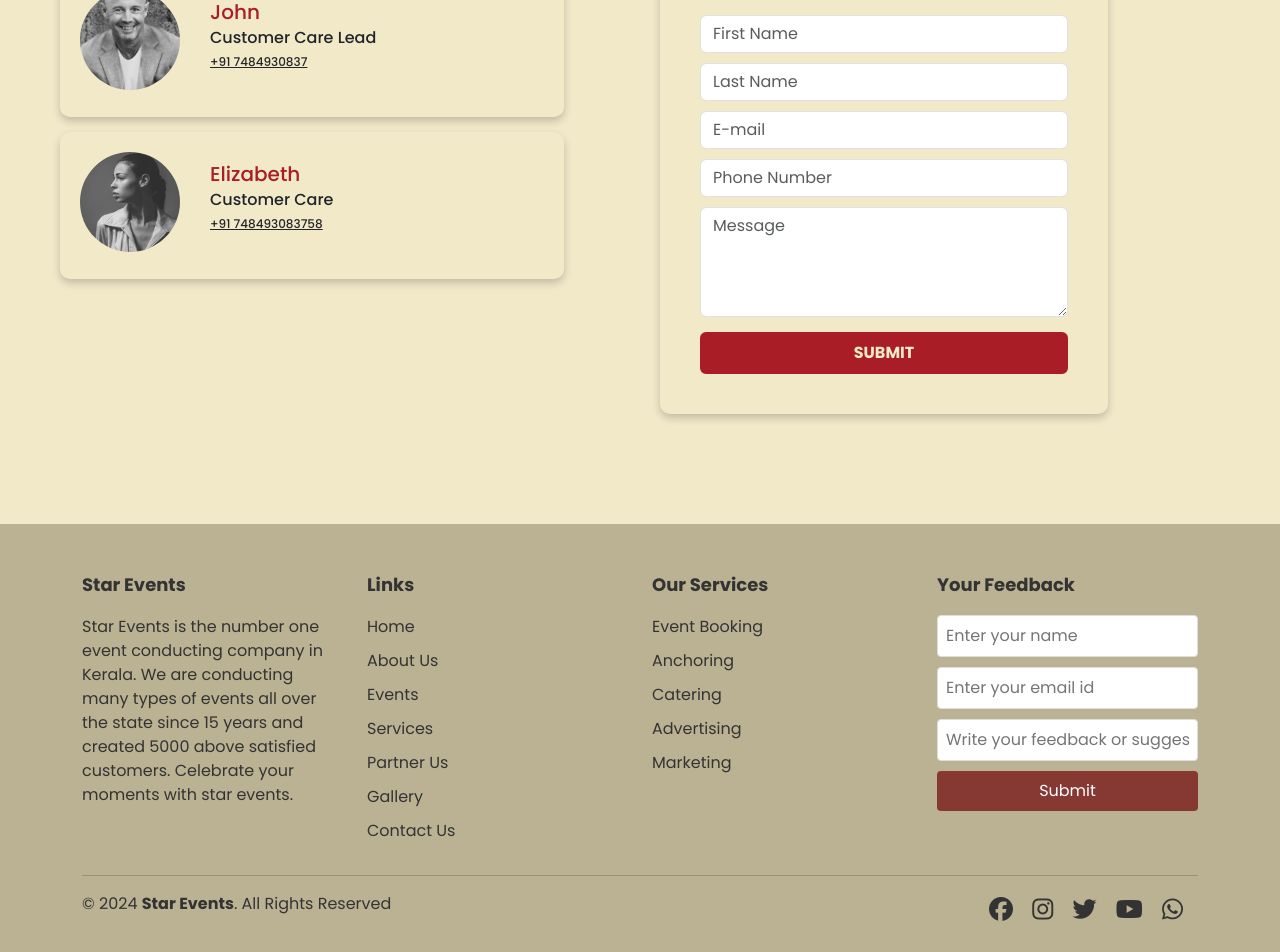
Repository: SharonSebastian32/Event-Management-System-
Page: index.html
These files come from the project's save history. The page is drawn as it stood at one moment and after the next save; the edit follows.
The browser window is 1280 px wide. The pictures show the part of the page from y = 4477 to 5429 px (the page is 5429 px tall).
A picture or video elsewhere on the page could not be fetched, so the positions and the page height are approximate. Some web libraries are served in a nearby version.

Above is the page before, as saved 2024-09-06 12:42:08.
Not found: assets/css/ContactUs.css

### index.html
<!DOCTYPE html>
<html lang="en">
  <head>
    <meta charset="UTF-8" />
    <meta name="viewport" content="width=device-width, initial-scale=1.0" />
    <link rel="icon" type="image/x-icon" href="./Assets/images/aa.png" />
    <title>Star Events</title>
    <link
      rel="stylesheet"
      href="https://cdnjs.cloudflare.com/ajax/libs/font-awesome/5.15.4/css/all.min.css"
    />
    <link rel="stylesheet" href="./Css/Styles.css" />

    <!-- conatct us  style -->
    <link rel="stylesheet" href="/assets/css/ContactUs.css" />
    <link
      href="https://cdn.jsdelivr.net/npm/bootstrap@5.3.0/dist/css/bootstrap.min.css"
      rel="stylesheet"
    />

    <!-- footer link  style   -->
    <link
      rel="stylesheet"
      href="https://cdnjs.cloudflare.com/ajax/libs/font-awesome/6.6.0/css/all.min.css"
      integrity="sha512-Kc323vGBEqzTmouAECnVceyQqyqdsSiqLQISBL29aUW4U/M7pSPA/gEUZQqv1cwx4OnYxTxve5UMg5GT6L4JJg=="
      crossorigin="anonymous"
      referrerpolicy="no-referrer"
    />
  </head>
  <body>
    <!-- hero section start -->
    <nav>
      <div class="nav-container">
        <div class="logo">
          <a href="#home">
            <img src="./Assets/images/aa.png" alt="Event Management Logo" />
          </a>
        </div>
        <ul class="nav-links">
          <li><a href="#home">HOME</a></li>
          <li><a href="#about">ABOUT US</a></li>
          <li><a href="#events-sect">EVENTS</a></li>
          <li><a href="#services">SERVICES</a></li>
          <li><a href="#partners us">PARTNERS US</a></li>
          <li><a href="#gallery">GALLERY</a></li>
          <li><a href="#contact-us">CONTACT US</a></li>
        </ul>
        <div class="sign-in">
          <a href="#login">SIGN IN</a>
        </div>
      </div>
    </nav>

    <!-- Section for Event Management Video -->
    <section class="video-section">
      <video autoplay muted loop>
        <source src="./Assets/videos/aa.mp4" type="video/mp4" />
        Your browser does not support the video tag.
      </video>
    </section>

    <!-- hero section end -->

    <!-- about us section  start-->
    <section id="about" class="about-us-section">
      <div class="about-container">
        <div class="about-text">
          <h2>ABOUT US</h2>
          <p>
            We are a leading event management company specializing in creating
            unforgettable experiences for our clients. With a team of passionate
            professionals, we bring ideas to life and turn your vision into
            reality.
          </p>
          <p>
            Whether it’s a corporate event, wedding, or private celebration, our
            attention to detail and personalized approach ensures that every
            event is a success.
          </p>
        </div>
        <div class="about-image">
          <img src="./Assets/images/about-us.jpg" alt="About Us" />
        </div>
      </div>
    </section>
    <!-- about us section  ends-->

    <!-- events section start -->

    <section id="events-sect" style="background-color: #f2e9c9">
      <center>
        <h1
          style="font-size: 45px; color: #a91d26; padding-top: 10px"
          data-aos="zoom-in"
        >
          EVENTS
        </h1>
        <form class="search-form" data-aos="flip-down">
          <input
            type="text"
            name="search"
            id="search"
            placeholder="Search events by name, category, price"
            data-aos="flip-down"
          />
          <button type="submit">Search</button>
        </form>
      </center>
      <div class="event-container" id="event-container">
        <!-- Event cards will be injected here by JavaScript -->
      </div>
      <div id="event-modal" class="modal" data-aos="fade-in">
        <div class="modal-content">
          <span class="close">&times;</span>
          <h2>Event Details</h2>
          <p id="event-description">Details will be displayed here.</p>
          <br />
          <a
            href="https://sharonsebastian32.github.io/razorpaypaymentgateway_implementation/"
            target="_blank"
          >
            <button class="view-details-btn">Register Now</button>
          </a>
        </div>
      </div>
    </section>

    <!-- events section end -->

    <!-- conatct us section -->
    <div class="container-fluid contact_us" id="contact-us">
      <h2>CONTACT-US</h2>
      <h6>Our team of customer care is ready to hear from you.</h6>

      <div class="row main_section">
        <div class="col-md-6 section1">
          <h3>Customer Care</h3>
          <p>
            Not sure where to start? Need help adding that extra mojo to your
            landing page? Just visit our
            <span>hepl center</span> or get in touch with us:
          </p>
          <div class="customer_care">
            <div class="customer_care_profile">
              <div class="profile_img">
                <img src="./Assets/images/men.jpg" alt="customer_care" />
              </div>
              <div class="profile_details">
                <h5>John</h5>
                <h6>Customer Care Lead</h6>
                <p>+91 7484930837</p>
              </div>
            </div>
            <div class="customer_care_profile">
              <div class="profile_img">
                <img src="./Assets/images/women.jpg" alt="customer_care" />
              </div>
              <div class="profile_details">
                <h5>Elizabeth</h5>
                <h6>Customer Care</h6>
                <p>+91 748493083758</p>
              </div>
            </div>
          </div>
        </div>
        <div class="col-md-6 section2">
          <h3>Reach out of us!</h3>
          <p>
            Got a question about us? Are you intereseted in partnering with us?
            Have some suggestions or just want to say Hi? Contact Us:
          </p>
          <form action="">
            <input
              class="form-control"
              type="text"
              name="first_name"
              placeholder="First Name"
              required
            />
            <input
              class="form-control"
              type="text"
              name="last_name"
              placeholder="Last Name"
              required
            />
            <input
              class="form-control"
              type="email"
              name="email"
              placeholder="E-mail"
              required
            />
            <input
              class="form-control"
              type="tel"
              name="phone"
              placeholder="Phone Number"
              required
            />
            <textarea
              class="form-control"
              name="message"
              id=""
              rows="4"
              placeholder="Message"
            ></textarea>
            <button class="btn">SUBMIT</button>
          </form>
        </div>
      </div>
    </div>
    <!-- contact us section -->

    <!-- footer section start -->
    <footer>
      <div class="container">
        <div class="row">
          <div class="col-md-3 footer-col">
            <h4>Star Events</h4>
            <p>
              Star Events is the number one event conducting company in Kerala.
              We are conducting many types of events all over the state since 15
              years and created 5000 above satisfied customers. Celebrate your
              moments with star events.
            </p>
          </div>

          <div class="col-md-3 footer-col">
            <h4>Links</h4>
            <ul>
              <li><a href="">Home</a></li>
              <li><a href="">About Us</a></li>
              <li><a href="">Events</a></li>
              <li><a href="">Services</a></li>
              <li><a href="">Partner Us</a></li>
              <li><a href="">Gallery</a></li>
              <li><a href="">Contact Us</a></li>
            </ul>
          </div>

          <div class="col-md-3 footer-col">
            <h4>Our Services</h4>
            <ul>
              <li>Event Booking</li>
              <li>Anchoring</li>
              <li>Catering</li>
              <li>Advertising</li>
              <li>Marketing</li>
            </ul>
          </div>

          <div class="col-md-3 footer-col">
            <h4>Your Feedback</h4>
            <form action="">
              <input
                type="text"
                placeholder="Enter your name"
                class="inputname"
              />
              <input
                type="email"
                placeholder="Enter your email id"
                class="inputemail"
              />
              <input
                type="text"
                placeholder="Write your feedback or suggestions"
                class="inputfs"
              />
              <input type="submit" value="Submit" class="inputSubmit" />
            </form>
          </div>
        </div>
        <hr />
        <div class="row">
          <div class="col-md-6">
            <p>&#169; 2024 <b>Star Events</b>. All Rights Reserved</p>
          </div>

          <div class="col-md-6 text-md-end socialIcons">
            <a href=""><i class="fab fa-facebook"></i></a>
            <a href=""><i class="fab fa-instagram"></i></a>
            <a href=""><i class="fab fa-twitter"></i></a>
            <a href=""><i class="fab fa-youtube"></i></a>
            <a href=""><i class="fab fa-whatsapp"></i></a>
          </div>
        </div>
      </div>
    </footer>
    <!-- footer setcion section end -->

    <script src="./Js/Scripts.js"></script>
    <script src="https://cdn.jsdelivr.net/npm/bootstrap@5.3.0/dist/js/bootstrap.bundle.min.js"></script>
  </body>
</html>

### Css/Styles.css
 @import url('https://fonts.googleapis.com/css2?family=Poppins:ital,wght@0,100;0,200;0,300;0,400;0,500;0,600;0,700;0,800;0,900;1,100;1,200;1,300;1,400;1,500;1,600;1,700;1,800;1,900&display=swap');

:root {
    --main-color: #d3ad7f;
    --black: #13131a;
    --bg: #010103;
    --border: .1rem solid rgba(255, 255, 255, .3);
}


body {
    margin: 0;
font-family: "Poppins"; }

nav {
    background-color: #f2e9c9;
    padding: 10px 20px;
}

.nav-container {
    display: flex;
    justify-content: space-between;
    align-items: center;
}

.logo img {
    height: 80px;
}

.nav-links {
    list-style-type: none;
    display: flex;
    margin: 0;
    padding: 0;
}

.nav-links li {
    margin: 0 20px;
}

.nav-links li a {
    color: #a91d26;
    text-decoration: none;
    font-weight: bold;
}

.nav-links li a:hover {
    color: #FFD700;
    /* Golden color */
}

.sign-in a {
    background-color: #FFD700;
    color: maroon;
    padding: 10px 20px;
    border-radius: 5px;
    text-decoration: none;
    font-weight: bold;
}

.sign-in a:hover {
    background-color: #FFA500;
    /* Darker golden shade */
    color: #233244;
}

/* Styling for Video Section */
.video-section {
    width: 100%;
    height: 100vh;
    /* Full viewport height */
    overflow: hidden;
    position: relative;
}

.video-section video {
    position: absolute;
    top: 0;
    left: 0;
    width: 100%;
    height: 100%;
    object-fit: cover;
    /* Ensures the video covers the entire container */
}





/* event css start */


 * {
     margin: 0;
     padding: 0;
     box-sizing: border-box;
     font-family: "Poppins";
 }


 body {
      background-color: rgb(255, 255, 220);
 }

 .event-container {
     display: flex;
     flex-direction: column;
     align-items: center;
     padding: 20px;
     width: 70%;

 }

 .event-card {
     display: flex;
     background-color: #ffffff;
     box-shadow: 0 4px 8px hwb(0 51% 46% / 0.926);
     border-radius: 10px;
     overflow: hidden;
     margin-bottom: 20px;
     width: 80%;
     max-width: 800px;
 }

 .event-card img {
     margin: 20px;
     width: 260px;
     height: 200px;
     object-fit: cover;
 }

 .event-details {
     padding: 20px;
     display: flex;
     flex-direction: column;
     justify-content: space-between;
 }

 .event-details h2 {
     font-size: 1.5em;
     margin-bottom: 10px;
 }

 .event-details p {
     margin-bottom: 8px;
     font-size: 0.95em;
 }

 .event-details a {
     color: #007BFF;
     text-decoration: none;
 }

 .event-details a:hover {
     text-decoration: underline;
 }

 .price,
 .date,
 .location {
     font-weight: bold;
 }

 .social-links a {
     margin-right: 10px;
     color: #555;
 }

 .social-links a:hover {
     color: #007BFF;
 }


 .search-form {
     display: flex;
     justify-content: center;
     align-items: center;
     margin: 20px 0;
 }

 .search-form input[type="text"] {
     padding: 10px;
     font-size: 16px;
     border: 2px solid #ccc;
     border-radius: 30px 0 0 30px;
     outline: none;
     width: 300px;
     transition: all 0.3s ease;
 }

 .search-form input[type="text"]:focus {
     border-color: #a91d26;
 }

 .search-form button {
     padding: 10px 20px;
     background-color: #a91d26;
     color: white;
     border: none;
     border-radius: 0 30px 30px 0;
     cursor: pointer;
     font-size: 16px;
     transition: background-color 0.3s ease;
 }

 .search-form button:hover {
     background-color: #480606;
 }

 .search-form button:focus {
     outline: none;
 }

 .view-details-btn {
     background-color: red;
     /* Red background */
     color: white;
     /* White text */
     padding: 5px 10px;
     /* Smaller padding */
     border: none;
     /* No border */
     cursor: pointer;
     /* Pointer on hover */
     font-size: 14px;
     /* Smaller font size */
     border-radius: 3px;
     /* Slightly rounded corners */
     margin-top: 10px;
     /* Margin at the top */
     transition: background-color 0.3s ease;
     /* Smooth hover transition */
 }

 .view-details-btn:hover {
     background-color: darkred;
     /* Darker red on hover */
 }



 /* The Modal (background) */
 .modal {
     display: none;
     /* Hidden by default */
     position: fixed;
     /* Stay in place */
     z-index: 1;
     /* Sit on top */
     left: 0;
     top: 0;
     width: 100%;
     /* Full width */
     height: 100%;
     /* Full height */
     background-color: rgba(0, 0, 0, 0.5);
     /* Black background with opacity */
 }

 /* Modal Content */
 .modal-content {
     background-color: white;
     margin: 10% auto;
     padding: 20px;
     border: 1px solid #888;
     width: 1000px;
     height: 400px;
     position: relative;
     box-shadow: 0 4px 8px rgba(0, 0, 0, 0.2);
 }

 /* Close Button */
 .close {
     color: #aaa;
     float: right;
     font-size: 28px;
     font-weight: bold;
     cursor: pointer;
 }

 .close:hover,
 .close:focus {
     color: black;
     text-decoration: none;
     cursor: pointer;
 }

/* event css end */



/* contact css start */
@import url('https://fonts.googleapis.com/css2?family=SUSE:wght@100..800&display=swap');

:root {
    --primary-color: #f2e9c9;
    --secondary-color: #233244;
    --ternay-color: #a91d26;
    --primary-font: "SUSE", sans-serif;
}

body {
    margin: 0;
    padding: 0;
    box-sizing: border-box;
    font-family: var(--primary-font);
}

.contact_us {
    background-color: var(--primary-color);
    min-height: 100vh;
    padding: 40px !important;
}

.contact_us>h2 {
    text-align: center;
    color: var(--ternay-color);
    font-weight: 700;
    letter-spacing: 3px;

}

.contact_us>h6 {
    text-align: center;
    color: var(--secondary-color);

}

.contact_us>.main_section {
    margin: 30px 0px;
    padding: 30px 0px;
}

.main_section>.section1 {
    padding: 10px 20px;
}

.main_section>.section1>h3 {
    color: var(--ternay-color);
    font-weight: 700;
}

.main_section>.section1>p {
    color: var(--secondary-color);
    font-weight: 400;
    font-size: 14px;
    max-width: 90%;
    margin-bottom: 30px;
}

.customer_care>.customer_care_profile {
    display: flex;
    padding: 20px;
    border-radius: 10px;
    margin: 15px 0px;
    max-width: 90%;
    box-shadow: 0px 4px 8px rgba(0, 0, 0, 0.2);
    cursor: pointer;
}

.customer_care>.customer_care_profile>.profile_img {
    margin-right: 30px;
    border-radius: 50%;
    width: 100px;
    height: 100px;
    overflow: hidden;

}

.customer_care>.customer_care_profile>.profile_img>img {
    object-fit: cover;
    width: 100%;
    height: 100%;
    filter: grayscale();
}

.customer_care>.customer_care_profile>.profile_details {
    margin: 10px 0px;
}

.customer_care>.customer_care_profile>.profile_details>h5 {
    color: var(--ternay-color);
    font-size: 20px;
    font-weight: 500;
    margin-bottom: 4px;
}

.customer_care>.customer_care_profile>.profile_details>h6 {
    margin-bottom: 6px;
    font-size: 16px;
}

.customer_care>.customer_care_profile>.profile_details>p {
    font-size: 12px;
    font-weight: 500;
    text-decoration: underline;

}

.main_section>.section2 {
    padding: 10px 20px;
}

.main_section>.section2>h3 {
    color: var(--ternay-color);
    font-weight: 700;
}

.main_section>.section2>p {
    color: var(--secondary-color);
    font-weight: 400;
    font-size: 14px;
    max-width: 90%;
    margin-bottom: 30px;
}

.main_section>.section2>form {
    display: flex;
    flex-direction: column;
    max-width: 80%;
    box-shadow: 0px 4px 8px rgba(0, 0, 0, 0.2);
    padding: 40px;
    border-radius: 10px;
}

.main_section>.section2>form>input {
    margin: 5px 0px;

}

.main_section>.section2>form>textarea {
    margin: 5px 0px;

}

.main_section>.section2>form>button {
    background-color: var(--ternay-color);
    color: var(--primary-color);
    margin-top: 10px;
    border: 2px solid var(--ternay-color);
    font-weight: bold;
    padding: 7px;
    transition: 0.4s ease-in-out;

}

.main_section>.section2>form>button:hover {
    background-color: var(--primary-color);
    color: var(--ternay-color);
}
 /* contact css end */




   /* About Us Section Styling */
   .about-us-section {
       display: flex;
       align-items: center;
       justify-content: center;
       padding: 50px 20px;
       background-color: #efefef;
   }

   .about-container {
       display: flex;
       flex-direction: row;
       align-items: center;
       justify-content: space-between;
       max-width: 1200px;
       width: 100%;
   }

   .about-text {
       flex: 1;
       margin-right: 20px;
       max-width: 600px;
       /* Limits the width of the text block */
   }

   .about-text h2 {
       font-size: 2.5rem;
       color: #333;
   }

   .about-text p {
       font-size: 1.1rem;
       color: #555;
       line-height: 1.6;
       text-align: justify;
       /* Makes the paragraph text aligned in a block */
       margin-bottom: 20px;
       /* Consistent space between paragraphs */
   }

   .about-image {
       flex: 1;
       text-align: right;
   }

   .about-image img {
       max-width: 100%;
       height: auto;
       border-radius: 10px;
   }




   /* footer section */
           footer {
               background-color: #bbb293;
               padding: 50px 0 20px;
               color: #333;
           }

           .footer-col h4 {
               font-size: 18px;
               font-weight: bold;
               margin-bottom: 20px;
           }

           .footer-col ul {
               list-style-type: none;
               padding-left: 0;
           }

           .footer-col ul li {
               margin-bottom: 10px;
           }

           .footer-col ul li a {
               color: #333;
               text-decoration: none;
           }

           .footer-col ul li a:hover {
               color: #007bff;
           }

           .footer-col input {
               width: 100%;
               margin-bottom: 10px;
               padding: 8px;
               border: 1px solid #ddd;
               border-radius: 4px;
           }

           .footer-col .inputSubmit {
               background-color: #71070cb4;
               color: white;
               border: none;
               cursor: pointer;
           }

           .footer-col .inputSubmit:hover {
               background-color: #0056b3;
           }

           hr {
               margin: 30px 0;
           }

           .socialIcons a {
               color: #333;
               font-size: 24px;
               margin-right: 15px;
           }

           .socialIcons a:hover {
               color: #007bff;
           }

           @media (max-width: 767px) {
               .footer-col {
                   margin-bottom: 30px;
               }
           }

### Js/Scripts.js
document.addEventListener("DOMContentLoaded", () => {
  fetch("../json/events.json")
    .then((response) => response.json())
    .then((data) => renderEvents(data))
    .catch((error) => console.error("Error loading events:", error));

  const modal = document.getElementById("event-modal");
  const closeBtn = document.querySelector(".close");

  closeBtn.onclick = function () {
    modal.style.display = "none";
  };

  window.onclick = function (event) {
    if (event.target === modal) {
      modal.style.display = "none";
    }
  };
});

function renderEvents(events) {
  const eventContainer = document.getElementById("event-container");
  events.forEach((event) => {
    const eventCard = document.createElement("div");
    eventCard.classList.add("event-card");

    eventCard.innerHTML = `
      <img src="${event.thumbnail}" alt="${event.eventName}">
      <div class="event-details">
        <h2>${event.eventName}</h2>
        <p class="date"><strong>Date:</strong> ${new Date(
          event.date
        ).toLocaleDateString()}</p>
        <p class="time"><strong>Time:</strong> ${new Date(
          event.startTime
        ).toLocaleTimeString()} - ${new Date(
      event.endTime
    ).toLocaleTimeString()}</p>
        <p class="location"><strong>Location:</strong> ${
          event.location.venueName
        }, ${event.location.city}, ${event.location.state}, ${
      event.location.country
    }</p>
        <p class="price"><strong>Price:</strong> ₹${event.price.basePrice}</p>
        <button class="view-details-btn">View Details</button>
      </div>
    `;

    eventContainer.appendChild(eventCard);

    const viewDetailsBtn = eventCard.querySelector(".view-details-btn");
    viewDetailsBtn.addEventListener("click", () => {
      document.getElementById(
        "event-description"
      ).textContent = `More details about ${event.eventName}...`;
      document.getElementById("event-modal").style.display = "block";
    });
  });
}

Loaded but not shown: json/events.json (837 lines, source omitted)

After the next save:
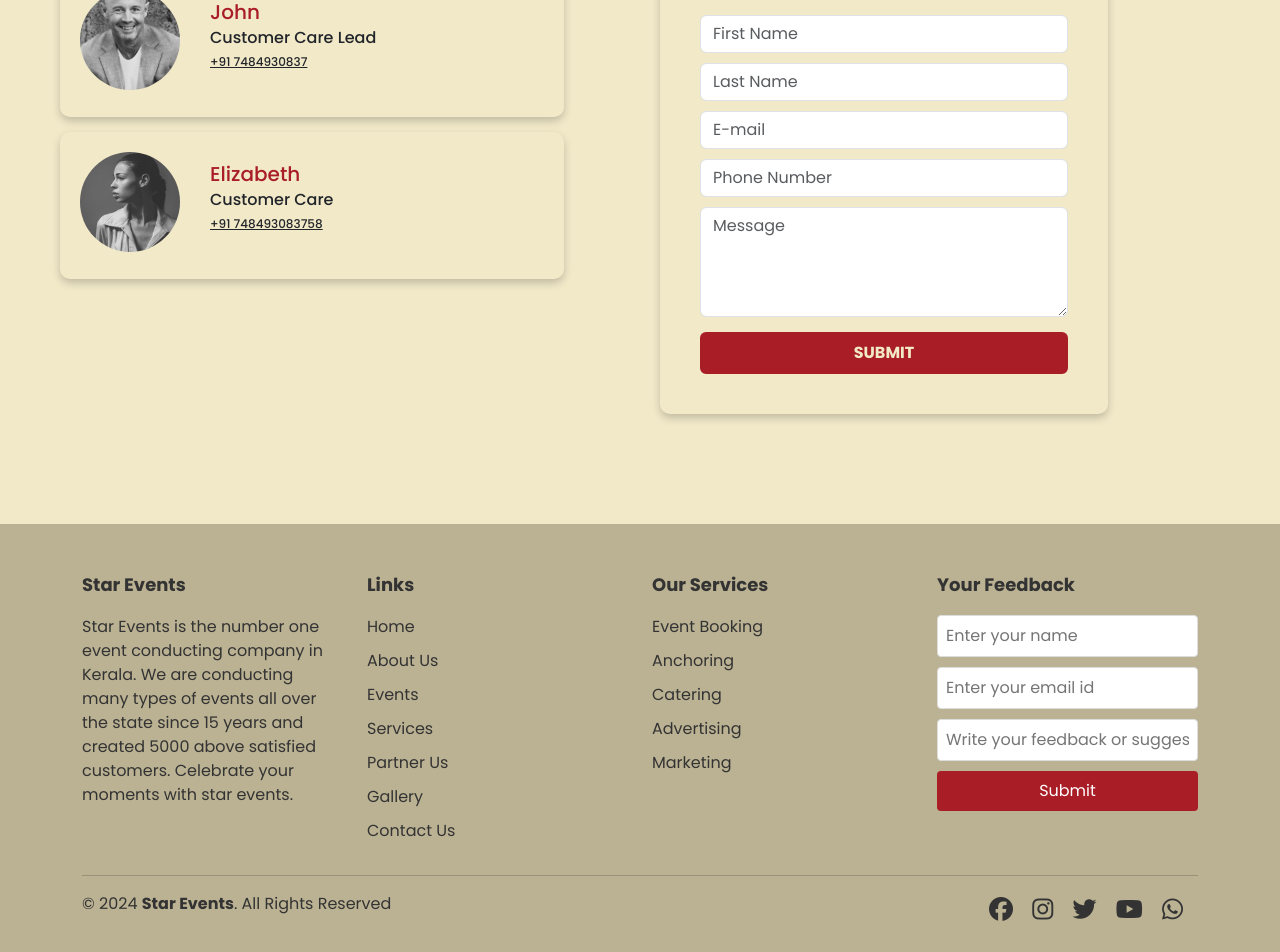
Saved 42 s later.
--- a/Css/Styles.css
+++ b/Css/Styles.css
@@ -547,8 +547,8 @@
            }
 
            .footer-col .inputSubmit {
-               background-color: #71070cb4;
-               color: white;
+background-color: var(--ternay-color);
+    color: var(--primary-color);               color: white;
                border: none;
                cursor: pointer;
            }
